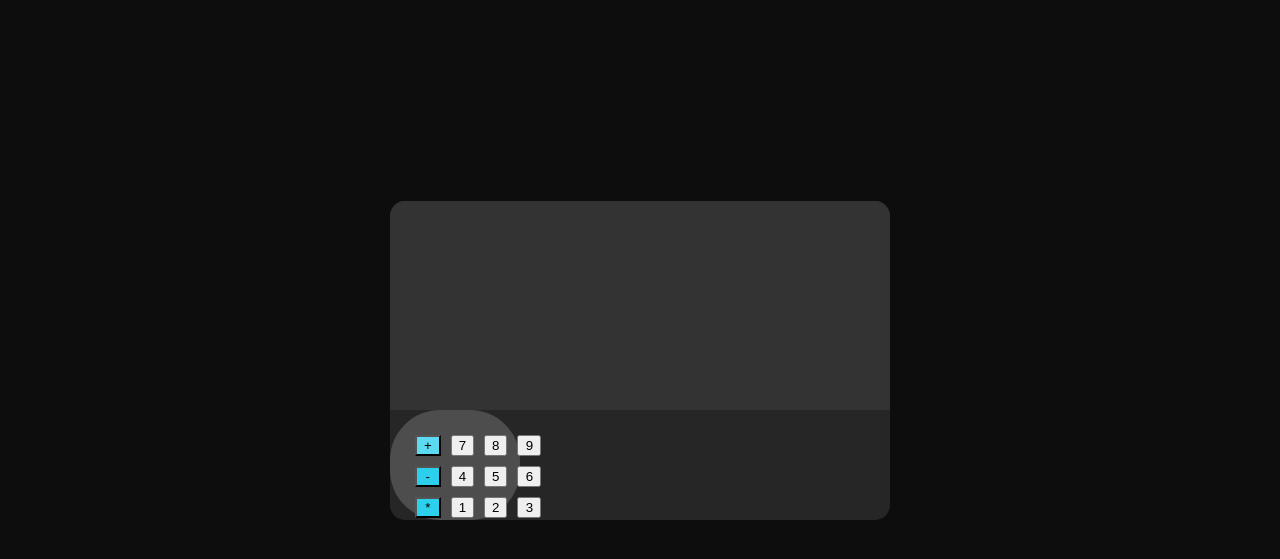
Repository: Haakim19/JavaScript
Page: Calculater/Main.html
These files come from the project's save history. The page is drawn as it stood at one moment and after the next save; the edit follows.
The browser window is 1280 px wide. The pictures show the whole page.
The pointer rests on the first visible `button`.

Above is the page before, as saved 2024-10-23 10:04:44.

### Calculater/Main.html
<!DOCTYPE html>
<html lang="en">
<head>
    <meta charset="UTF-8">
    <meta name="viewport" content="width=device-width, initial-scale=1.0">
    <title>Calculator</title>
    <link rel="stylesheet" href="Main.css">
</head>
<body>
    <div id="calculator">
        <div id="calculator-normal">
            <input id= "display1" readonly>
            <input id="display2" readonly>
            <div id="keys-normal">
                <button onclick="appentToDisplay('+')" class="operator-btn">+</button>
                <button onclick="appentToDisplay('7')">7</button>
                <button onclick="appentToDisplay('8')">8</button>
                <button onclick="appentToDisplay('9')">9</button>
                <button onclick="appentToDisplay('-')" class="operator-btn">-</button>
                <button onclick="appentToDisplay('4')">4</button>
                <button onclick="appentToDisplay('5')">5</button>
                <button onclick="appentToDisplay('6')">6</button>
                <button onclick="appentToDisplay('*')" class="operator-btn">*</button>
                <button onclick="appentToDisplay('1')">1</button>
                <button onclick="appentToDisplay('2')">2</button>
                <button onclick="appentToDisplay('3')">3</button>
                <button onclick="appentToDisplay('/')" class="operator-btn">/</button>
                <button onclick="appentToDisplay('0')">0</button>
                <button onclick="appentToDisplay('.')" >.</button>
                <button onclick="calculate()" >=</button>
                <button onclick="clearDisplay()" class="operator-btn">C</button>
            </div>
        </div>
        <div id="keys-sientific">
            <button onclick="appentToDisplay('sin')">sin</button>
            <button onclick="appentToDisplay('cos')">cos</button>
            <button onclick="appentToDisplay('tan')">tan</button>
            <button onclick="appentToDisplay('Inv')">Inv</button>
            <button onclick="appentToDisplay('log')">log</button>
            <button onclick="appentToDisplay('sin')">x<sup>y</sup></button>
            <button onclick="appentToDisplay('e')">e</button>
        </div>
    </div>
<script src="Main.js"></script>
</body>
</html>

### Calculater/Main.css
body{
    margin: 0;
    display: flex;
    justify-content: center;
    align-items: center;
    height: 100vh;
    background-color: hsl(0,0%, 5%);

}
#calculate{
    font-family:sans-serif;
}
#calculator-normal{
    background-color: hsl(0, 0%, 15%);
    border-radius: 15px;
    max-width: 500px;
    overflow: hidden;
}

#keys-sientific{
    display: grid;
    background-color: hsl(0, 0%, 15%);
    grid-template-columns: repeat(3, 1fr);
    gap: 10px;
    padding: 25px;
    display: none;
    width: 100%;

}
#display1{
    width: 100%;
    padding: 20px;
    font-size: 2rem;
    border: none;
    text-align: left;
    padding-right: -15px;
    color: white;
    background-color: hsl(0, 0%, 20%);

}
#display2{
    width: 100%;
    padding: 20px;
    font-size: 5rem;
    border: none;
    text-align: left;
    padding-right: -15px;
    color: white;
    background-color: hsl(0, 0%, 20%);

}
#keys-normal{
    display: grid;
    grid-template-columns: repeat(4, 1fr);
    gap: 10px;
    padding: 25px;
}
#keys-normal{
    width: 80px;
    height: 60px;
    color: white;
    border-radius: 50px;
    border: none;
    font-size: 3rem;
    background-color: hsl(0, 0%, 30%);
    font-weight: bold;
    cursor: pointer;
}
/* button{
    width: 80px;
    height: 60px;
    color: white;
    border-radius: 50px;
    border: none;
    font-size: 3rem;
    background-color: hsl(0, 0%, 30%);
    font-weight: bold;
    cursor: pointer;
} */

button:hover{
    background-color: hsl(0, 0%, 40%);
}

button:active{
    background-color: hsl(0, 0%, 50%);
}

.operator-btn{
    background-color: hsl(189, 84%, 55%);
}

.operator-btn:hover{
    background-color: hsl(189, 84%, 65%);
}

.operator-btn:active{
    background-color: hsl(189, 84%, 75%);
}

### Calculater/Main.js
const display1 = document.getElementById('display1');
const display2 = document.getElementById('display2');

function appentToDisplay(input){
    display2.value += input;
}
function clearDisplay(){
    display1.value = '';
    display2.value = '';
}
function calculate(){
    try{
        display1.value = eval(display2.value);}
    catch{
        display2.value = 'Error';
    }

}

After the next save:
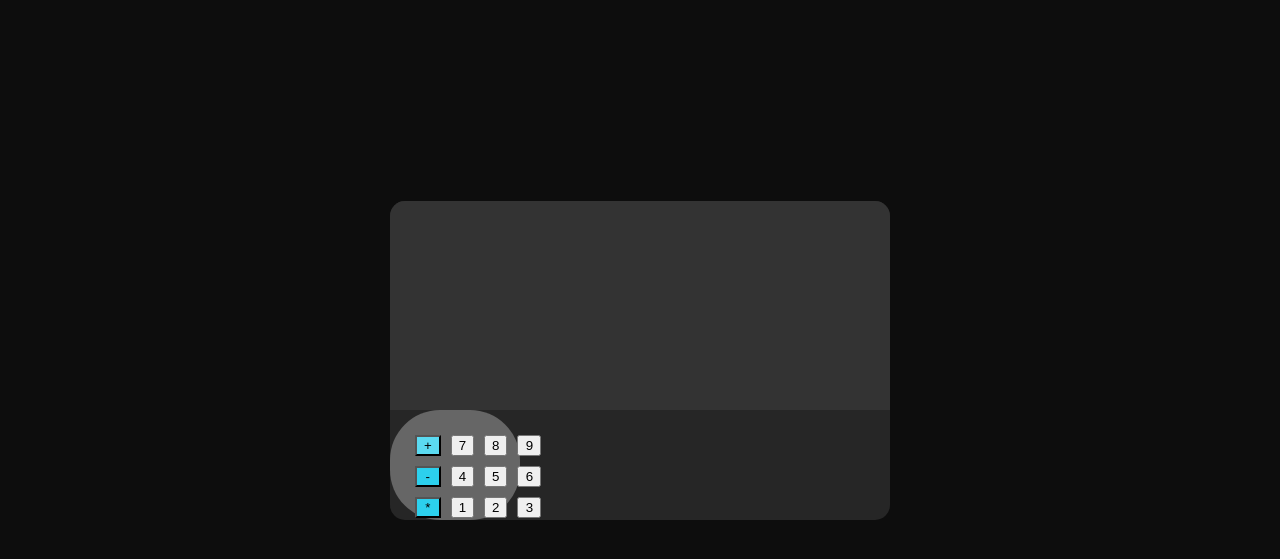
Saved 43 s later.
--- a/Calculater/Main.css
+++ b/Calculater/Main.css
@@ -78,7 +78,7 @@ body{
     cursor: pointer;
 } */
 
-button:hover{
+#keys-normal:hover{
     background-color: hsl(0, 0%, 40%);
 }
 
